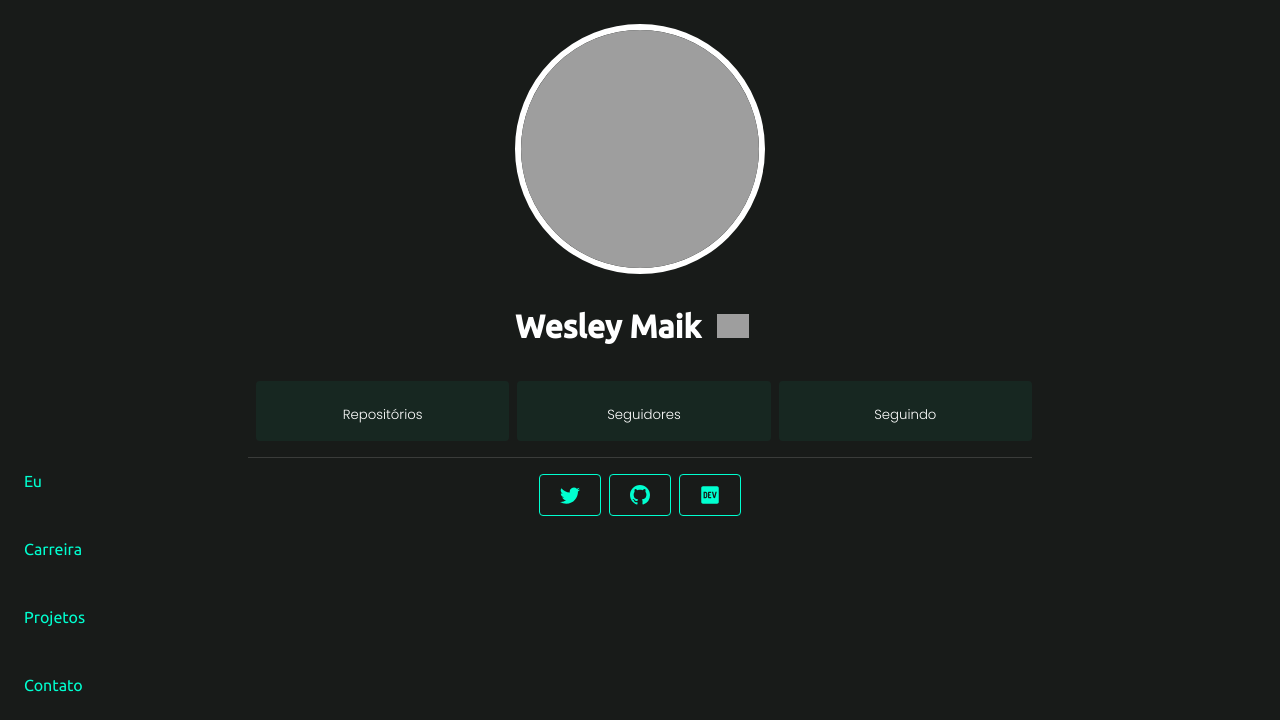
Repository: WesleyMaik/wesleymaik.github.io
Page: /
An editor plug-in stored every save of this project. The page is shown before and after the next save, followed by the edit.
The browser window is 1280 px wide. The pictures show the whole page.
Pictures or frames that could not be fetched are drawn as grey boxes. The page's requests for data from a server got no answer. The project was rebuilt for these pictures with package versions that can differ from the ones it lists, and the page was loaded fresh each time. No one was signed in, and anything a server would have sent is missing. Also part of the build but not shown: vite.config.ts.

Above is the page before, as saved 2022-08-08 12:43:51.

### index.html
<!DOCTYPE html>
<html lang="en">
  <head>
    <meta charset="UTF-8" />
    <link rel="icon" type="image/svg+xml" href="/vite.svg" />
    <meta name="viewport" content="width=device-width, initial-scale=1.0" />
    <title>Wesley Maik - Portifólio</title>
  </head>
  <body>
    <div id="root"></div>
    <script type="module" src="/src/main.tsx"></script>
  </body>
</html>

### src/main.tsx
//Modules
import React from 'react'
import ReactDOM from 'react-dom/client'
import App from './pages'

//Style
import "./styles/global.scss";

ReactDOM.createRoot(document.getElementById('root') as HTMLElement).render(
  <React.StrictMode>
    <App />
  </React.StrictMode>
)

### src/pages/index.tsx
//Modules
import styled from "styled-components";
import Header from "../components/template/header";

const App = () => {
    const Main = styled.main`
      max-width:800px;
      margin:auto;
    `;

    return(
      <Main>
        <Header />
      </Main>
    )
};

export default App

### src/styles/global.scss
//Fonts
@import url('https://fonts.googleapis.com/css2?family=Open+Sans:wght@300;400;600&family=Poppins:wght@300;400;600&family=Roboto+Mono:wght@300;400;700&family=Ubuntu:wght@300;400;500&display=swap');

:root{
    --bg-primary:#181b19;
    --bg-secundary:#2c372e;
    --color-default:#fff;
    --color-primary:#00ffd0;
    --color-secundary:#01dba4;
    --color-fade:#01dba410;
}

*{
    box-sizing: border-box;
    transition: all ease 0.25s;
}

html, body{
    margin:0;

    color:var(--color-default);
    background-color: var(--bg-primary);

    font-family: 'Arial', 'Tahoma';
}

h1, h2, h3, h4, h5, h6{
    font-family: 'Poppins', 'Arial';
}

p{
    font-family: 'Open Sans', 'Arial';
}

div, span{
    font-family: 'Ubuntu', 'Arial';
}

a{
    color: var(--color-primary);
    text-decoration: none;

    border-bottom:2px solid transparent;

    &:active{
        color: var(--color-secundary);
    }

    &:hover{
        border-bottom-color:var(--color-primary);
    }
}

hr{
    width:100%;
    border:none;
    border-top: 1px solid #ffffff25;
}

### src/components/template/header.tsx
import styled from "styled-components";
import Avatar from "../avatar";
import Github from "./github";
import Navigation from "./navigation";
import Social from "./social";

const Header = () => {
    const Header = styled.header`
        width:100%;
        min-height:20em;

        display:flex;
        flex-direction:column;
        align-items:center;
        gap:0.5em;

        padding:0.5em;
        margin:1em 0;

        .title{
            .icon{
                width:32px;
            }
        }
    `;

    return(
        <Header>
            <Navigation />
            <Avatar />
            <h1 className="title">
                <span>Wesley Maik</span>
                <img
                    className="icon"
                    src="https://raw.githubusercontent.com/MartinHeinz/MartinHeinz/master/wave.gif"
                    style={{ display: "inline-block", margin:'0 0.5em' }}
                    data-target="animated-image.originalImage"
                />
            </h1>
            <Github />
            <hr />
            <Social />
        </Header>
    )
};

export default Header;

### src/components/avatar/index.tsx
//Modules
import styled from "styled-components";

// https://api.github.com/users/wesleymaik

const Avatar = () => {
    const Content = styled.div`
        width:250px;
        height:250px;

        overflow:hidden;

        border:6px solid #fff;
        border-radius:50%;

        .img{
            width:100%;
            height:100%;
        }
    `;

    return(
        <Content>
            <img className="img" src="https://avatars.githubusercontent.com/u/85949116?v=4"/>
        </Content>
    )
};

export default Avatar;

### src/components/template/github.tsx
//Modules
import { useCallback, useEffect, useState } from "react";
import styled from "styled-components";
import { api } from "../../services/api";

//Components
import { GrLocation } from 'react-icons/gr';

export interface IGithub {
    login: string;
    id: number;
    node_id: string;
    avatar_url: string;
    gravatar_id: string;
    url: string;
    html_url: string;
    followers_url: string;
    following_url: string;
    gists_url: string;
    starred_url: string;
    subscriptions_url: string;
    organizations_url: string;
    repos_url: string;
    events_url: string;
    received_events_url: string;
    type: string;
    site_admin: boolean;
    name: string;
    company: string;
    blog: string;
    location: string;
    email: string;
    hireable: string;
    bio: string;
    twitter_username: string;
    public_repos: number;
    public_gists: number;
    followers: number;
    following: number;
    created_at: string;
    updated_at: string;
};


const gitInfo = {};

const Github = () => {
    const Container = styled.div`
        width:100%;

        display:flex;
        flex-direction:row;
        justify-content:center;
        align-items:center;
        gap:0.5em;

        .card{
            width:100%;

            display:flex;
            align-items:center;
            flex-direction:column;
            gap:0.5em;

            padding:1em;

            background-color:var(--color-fade);

            border-radius:4px;

            *{
                margin:0;
            }

            .title{
                font-weight:300;
            }
        }
    `;

    const [data, setData] = useState<IGithub | null>(null),
          handleData = useCallback((data:IGithub) => {
            setData(data);
          }, [data])

    useEffect(() => {
        api.get('https://api.github.com/users/wesleymaik')
        .then((response) => {
            handleData(response.data as IGithub);
        })
        .catch((err) => {
            console.log(err);
        });
    })

    return(
        <Container>
            <div className="location">
                {
                    data?.location &&
                    <p className="title"><GrLocation />{ data?.location }</p>
                }
            </div>
            <div className="card">
                <h2 className="text">{ data?.public_repos }</h2>
                <h5 className="title">Repositórios</h5>
            </div>
            <div className="card">
                <h2 className="text">{ data?.followers }</h2>
                <h5 className="title">Seguidores</h5>
            </div>
            <div className="card">
                <h2 className="text">{ data?.following }</h2>
                <h5 className="title">Seguindo</h5>
            </div>
        </Container>
    )
};

export default Github;

### src/components/template/navigation.tsx
import styled from "styled-components";

const Navigation = () => {
    const Container = styled.div`
        display:flex;
        flex-direction:column;
        justify-content:center;
        align-items:left;
        gap:2em;

        position:fixed;
        left:0;
        bottom:0;

        padding:1em;

        z-index:10;

        a{
            padding:0.5em;
            &:hover{
                background-color:var(--color-fade);
            }
        }
    `;

    return(
        <Container>
            <a href="#me">Eu</a>
            <a href="#carrer">Carreira</a>
            <a href="#project">Projetos</a>
            <a href="#contact">Contato</a>
        </Container>
    )
};

export default Navigation;

### src/components/template/social.tsx
//Modules
import styled from "styled-components";

//Component
import { BsTwitter, BsGithub } from 'react-icons/bs';
import { FaDev } from 'react-icons/fa';

interface ISocial{
    name?:boolean
};

const Social = ({ name }:ISocial) => {
    const Container = styled.div`
        width:100%;

        display:flex;
        flex-direction:row;
        justify-content:center;
        gap:0.5em;

        .btn{
            cursor: pointer;

            display:flex;
            flex-direction:row;
            gap:0.5em;

            color:var(--color-primary);
            font-size:1.25em;

            border:1px solid var(--color-primary);
            border-radius:4px;
            padding:0.5em 1em;

            &:hover{
                background-color:var(--color-fade);
            }

            .text{
                ${!name && 'display:none;'}
            }
        }
    `;

    return(
        <Container>
            <div className="btn">
                <BsTwitter />
                <span className="text">Twitter</span>
            </div>
            <div className="btn">
                <BsGithub />
                <span className="text">Github</span>
            </div>
            <div className="btn">
                <FaDev />
                <span className="text">Dev.to</span>
            </div>
        </Container>
    )
};

export default Social;

### src/services/api.ts
//Modules
import axios from "axios";

//Api
export const api = axios.create();

After the next save:
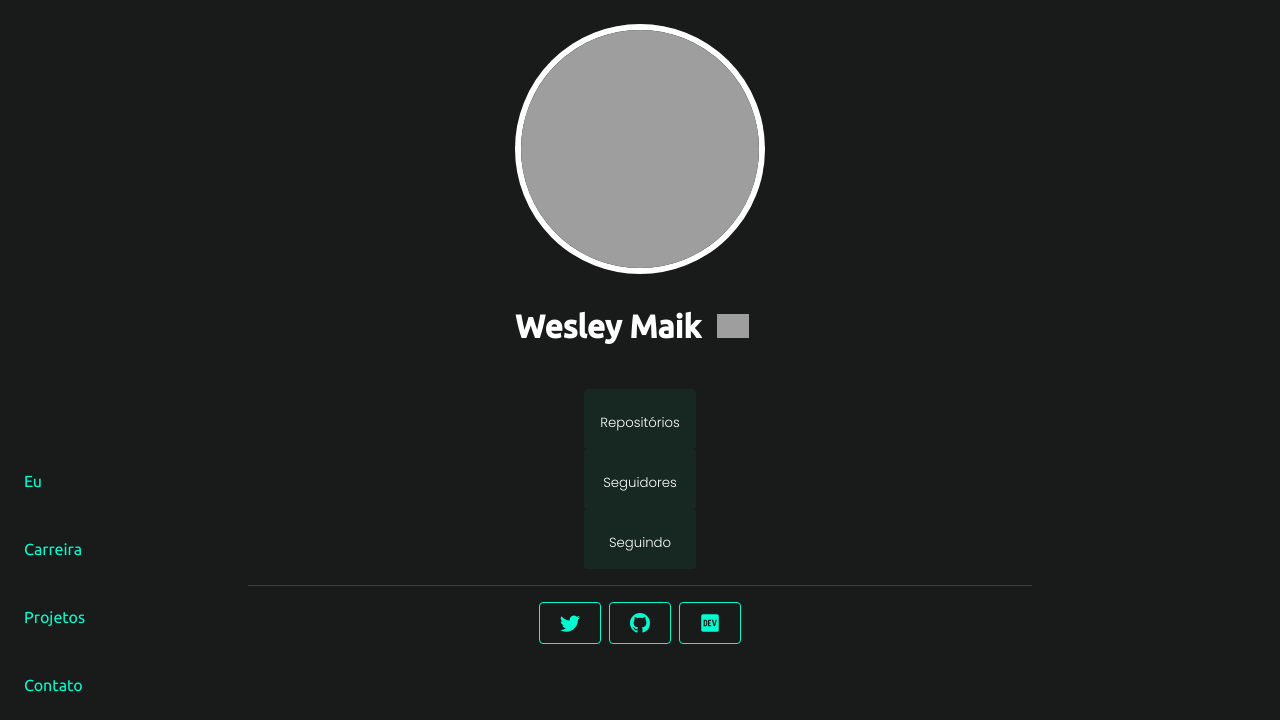
Saved 38 s later.
--- a/src/components/template/github.tsx
+++ b/src/components/template/github.tsx
@@ -49,7 +49,7 @@
         width:100%;
 
         display:flex;
-        flex-direction:row;
+        flex-direction:column;
         justify-content:center;
         align-items:center;
         gap:0.5em;
@@ -101,17 +101,19 @@
                     <p className="title"><GrLocation />{ data?.location }</p>
                 }
             </div>
-            <div className="card">
-                <h2 className="text">{ data?.public_repos }</h2>
-                <h5 className="title">Repositórios</h5>
-            </div>
-            <div className="card">
-                <h2 className="text">{ data?.followers }</h2>
-                <h5 className="title">Seguidores</h5>
-            </div>
-            <div className="card">
-                <h2 className="text">{ data?.following }</h2>
-                <h5 className="title">Seguindo</h5>
+            <div className="info">
+                <div className="card">
+                    <h2 className="text">{ data?.public_repos }</h2>
+                    <h5 className="title">Repositórios</h5>
+                </div>
+                <div className="card">
+                    <h2 className="text">{ data?.followers }</h2>
+                    <h5 className="title">Seguidores</h5>
+                </div>
+                <div className="card">
+                    <h2 className="text">{ data?.following }</h2>
+                    <h5 className="title">Seguindo</h5>
+                </div>
             </div>
         </Container>
     )
